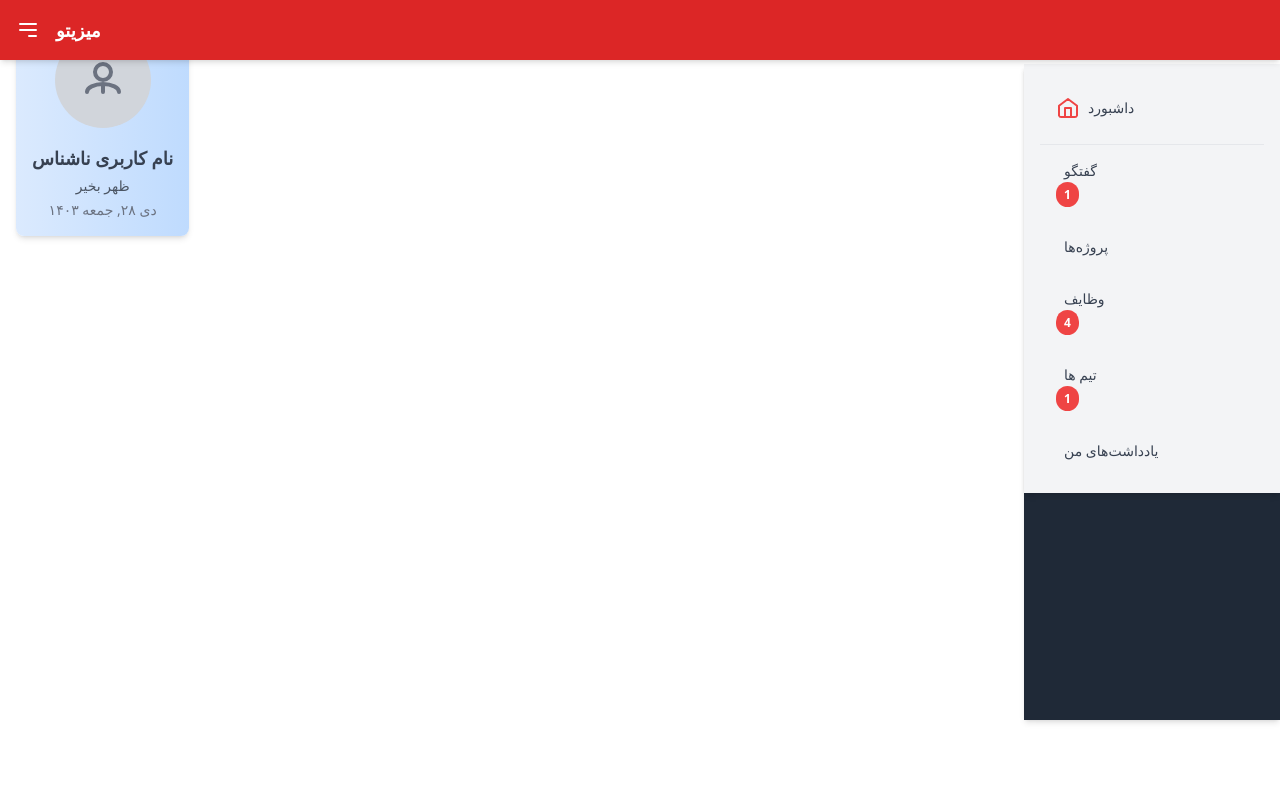
Repository: spnovaa/work-hive
Page: / (app in front_end/)
An editor plug-in stored every save of this project. The page is shown before and after the next save, followed by the edit.
The browser window is 1280 px wide. The pictures show the whole page.
The page's requests for data from a server got no answer. The project was rebuilt for these pictures with package versions that can differ from the ones it lists, and the page was loaded fresh each time. No one was signed in, and anything a server would have sent is missing. Also part of the build but not shown: front_end/src/api/auth.js, front_end/src/components/loadingSpinner.jsx, front_end/src/pages/login.jsx, front_end/src/pages/registration.jsx, front_end/src/common/axiosInstance.js, front_end/src/components/profile/profileSettingsModal.jsx, front_end/src/components/profile/dropdown.jsx, front_end/src/components/project/projectCardComponent.jsx and 10 more.

Above is the page before, as saved 2025-01-18 13:41:39.

### front_end/src/index.js
import React from 'react';
import ReactDOM from 'react-dom/client'; // Import from 'react-dom/client' for React 18+
import './styles/globals.css';
import App from './App';

// Create a root element for rendering the React application
const root = ReactDOM.createRoot(document.getElementById('root'));

// Use the new `render` method for React 18+
root.render(
  <React.StrictMode>
    <App />
  </React.StrictMode>
);

### front_end/src/App.jsx
import React, { useState } from 'react';
import { BrowserRouter as Router, Routes, Route } from 'react-router-dom';
import Login from './pages/login';
import Registration from './pages/registration';
import Home from './pages/home';
import ProjectsDashboard from './components/project/projectDashboard.jsx';
import ProjectDetails from './components/project/projectDetails.jsx';
import NewProject from './components/project/newProject.jsx';
import DashboardSidebar from './components/dashboardSidebar';
import TaskPage from './components/task/taskPage.jsx';
import TeamList from './components/team/teamList.jsx';
import TopBar from './components/topBar.jsx';

function App() {
  const [sidebarVisible, setSidebarVisible] = useState(true);

  const toggleSidebar = () => {
    setSidebarVisible((prev) => !prev);
  };

  return (
    <Router>
      <div className="flex flex-col h-screen">
        <div className="w-full bg-red-600 shadow-md fixed top-0 z-20">
          <TopBar toggleSidebar={toggleSidebar} />
        </div>

        <div className="flex flex-grow">
          {sidebarVisible && (
            <div className="w-64 bg-gray-800 fixed top-16 bottom-0 right-0 z-10 shadow-md">
              <DashboardSidebar />
            </div>
          )}
          <div
            className={`flex-grow ${
              sidebarVisible ? 'pr-64' : ''
            } pt-16 p-4 transition-all duration-300`}
          >
            <Routes>
              <Route path="/login" element={<Login />} />
              <Route path="/register" element={<Registration />} />
              <Route path="/" element={<Home />} />
              <Route path="/projects" element={<ProjectsDashboard />} />
              <Route path="/projects/new" element={<NewProject />} />
              <Route path="/projects/:projectId" element={<ProjectDetails />} />
              <Route path="/tasks" element={<TaskPage />} />
              <Route path="/teams" element={<TeamList />} />
            </Routes>
          </div>
        </div>
      </div>
    </Router>
  );
}

export default App;

### front_end/src/pages/home.jsx
import React, { useState } from 'react';
import ProfileSection from '../components/profile/profileSection';
import { useLocation } from 'react-router-dom';
import DashboardSidebar from '../components/dashboardSidebar';
import  ProfileSettingsModal  from '../components/profile/profileSettingsModal.jsx'
function Home() {
  const [isModalOpen, setIsModalOpen] = useState(false);

    const openModal = () => {
        setIsModalOpen(true);
    };

    const closeModal = () => {
        setIsModalOpen(false);
    };
  const location = useLocation();
  const name = location.state?.name || "نام کاربری ناشناس";
  const [background, setBackground] = useState('bg-white');
  const handleBackgroundChange = (bg) => {
    setBackground(bg);
  };
  const getCurrentDate = () => {
    const options = { weekday: 'long', year: 'numeric', month: 'long', day: 'numeric' };
    return new Date().toLocaleDateString('fa-IR', options);
  };
  return (
    <div className={`h-screen ${background} p-4`}>
      <div className="absolute top-4 left-4">
        <ProfileSection
          name={name}
          greeting="ظهر بخیر"
          date={getCurrentDate()}
          onBackgroundChange={handleBackgroundChange}
          onSettingsClick={openModal}
        />
      </div>
      <ProfileSettingsModal show={isModalOpen} onClose={closeModal} />
    </div>
  );
}

export default Home;

### front_end/src/components/dashboardSidebar.jsx
import React from 'react';
import { useNavigate } from 'react-router-dom';

function SidebarItem({ icon, label, notificationCount, onClick }) {
    return (
        <div
            className="className=flex items-center justify-start flex-row-reverse p-4 cursor-pointer hover:bg-gray-100"
            onClick={onClick}
        >
            <div className="flex items-center">
                <span className="text-lg text-gray-700 mr-2">{icon}</span>
                <span className="text-gray-700 text-sm font-medium">{label}</span>
            </div>
            {notificationCount > 0 && (
                <span className="bg-red-500 text-white text-xs font-bold rounded-full px-2 py-1">
                    {notificationCount}
                </span>
            )}
        </div>
    );
}

function DashboardSidebar() {
    const navigate = useNavigate();

    const handleNavigation = (path) => {
        navigate(path);
    };

    return (
        <div className="w-64 bg-gray-100 text-white shadow-md p-4">
            <SidebarItem
                icon={
                    <svg
                        xmlns="http://www.w3.org/2000/svg"
                        className="h-6 w-6 text-red-500"
                        fill="none"
                        viewBox="0 0 24 24"
                        stroke="currentColor"
                    >
                        <path
                            strokeLinecap="round"
                            strokeLinejoin="round"
                            strokeWidth="2"
                            d="M3 9.75L12 3l9 6.75v9.75A2.25 2.25 0 0118.75 21H5.25A2.25 2.25 0 013 19.5V9.75z"
                        />
                        <path
                            strokeLinecap="round"
                            strokeLinejoin="round"
                            strokeWidth="2"
                            d="M9 21V12h6v9"
                        />
                    </svg>
                }
                label="داشبورد"
                onClick={() => handleNavigation('/')}
            />
            <hr className="w-full border-gray-200 mt-2" />
            <SidebarItem
                icon={<i className="fas fa-comments" />}
                label="گفتگو"
                notificationCount={1}
                onClick={() => handleNavigation('/conversations')}
            />
            <SidebarItem
                icon={<i className="fas fa-folder-open" />}
                label="پروژه‌ها"
                notificationCount={0}
                onClick={() => handleNavigation('/projects')}
            />
            <SidebarItem
                icon={<i className="fas fa-tasks" />}
                label="وظایف"
                notificationCount={4}
                onClick={() => handleNavigation('/tasks')}
            />
            <SidebarItem
                icon={<i className="fas fa-envelope" />}
                label="تیم ها"
                notificationCount={1}
                onClick={() => handleNavigation('/teams')}
            />
            <SidebarItem
                icon={<i className="fas fa-sticky-note" />}
                label="یادداشت‌های من"
                notificationCount={0}
                onClick={() => handleNavigation('/notes')}
            />
        </div>
    );
}

export default DashboardSidebar;

### front_end/src/components/topBar.jsx
import React from 'react';

function TopBar({ toggleSidebar }) {
  return (
    <div className="flex items-center justify-between p-4">
      <div className="flex items-center">
        <button
          onClick={toggleSidebar}
          className="mr-4 cursor-pointer text-white"
        >
          <svg
            xmlns="http://www.w3.org/2000/svg"
            className="h-6 w-6"
            fill="none"
            viewBox="0 0 24 24"
            stroke="currentColor"
          >
            <path
              strokeLinecap="round"
              strokeLinejoin="round"
              strokeWidth="2"
              d="M4 6h16M4 12h16m-7 6h7"
            />
          </svg>
        </button>
        <div className="text-white text-lg font-bold">میزیتو</div>
      </div>
    </div>
  );
}

export default TopBar;

### front_end/src/components/profile/profileSection.jsx
import React, { useState, useEffect, useRef } from 'react';
import ProfileDropdown from './dropdown.jsx';

const ProfileSection = ({ name, greeting, date, onBackgroundChange ,onSettingsClick}) => {
  const [isDropdownOpen, setIsDropdownOpen] = useState(false);
  const dropdownRef = useRef(null);

  const toggleDropdown = () => {
    setIsDropdownOpen((prev) => !prev);
  };

  useEffect(() => {
    const handleClickOutside = (event) => {
      if (dropdownRef.current && !dropdownRef.current.contains(event.target)) {
        setIsDropdownOpen(false);
      }
    };

    document.addEventListener('mousedown', handleClickOutside);
    return () => {
      document.removeEventListener('mousedown', handleClickOutside);
    };
  }, []);

  return (
    <div className="relative">
  <div
    className={`relative z-0 p-4 bg-gradient-to-r from-blue-100 to-blue-200 rounded-lg shadow-md max-w-xs cursor-pointer ${
      isDropdownOpen ? 'hidden' : ''
    }`}
    onClick={toggleDropdown}
  >
    <div className="flex flex-col items-center">
      <div className="bg-gray-300 w-24 h-24 rounded-full flex items-center justify-center mb-4">
        <svg
          xmlns="http://www.w3.org/2000/svg"
          className="h-12 w-12 text-gray-500"
          fill="none"
          viewBox="0 0 24 24"
          stroke="currentColor"
        >
          <path
            strokeLinecap="round"
            strokeLinejoin="round"
            strokeWidth="2"
            d="M12 12c2.21 0 4-1.79 4-4s-1.79-4-4-4-4 1.79-4 4 1.79 4 4 4zM12 14c-4.418 0-8 1.79-8 4m8-4c4.418 0 8 1.79 8 4m-8-4v4"
          />
        </svg>
      </div>
      <h2 className="text-lg font-semibold text-gray-700">{name}</h2>
      <p className="text-sm text-gray-600 mt-1">{greeting}</p>
      <p className="text-sm text-gray-500 mt-1">{date}</p>
    </div>
  </div>

  {isDropdownOpen && (
    <div
      ref={dropdownRef}
      className="absolute top-0 left-0  bg-white rounded-lg shadow-lg p-4 w-full"
    >
      <ProfileDropdown onBackgroundChange={onBackgroundChange} onSettingsClick={onSettingsClick} />
    </div>
  )}
</div>

  );
};

export default ProfileSection;

Loaded but not shown: front_end/public/index.html (common file); front_end/src/styles/globals.css (common file); front_end/tailwind.config.js (common file)

After the next save:
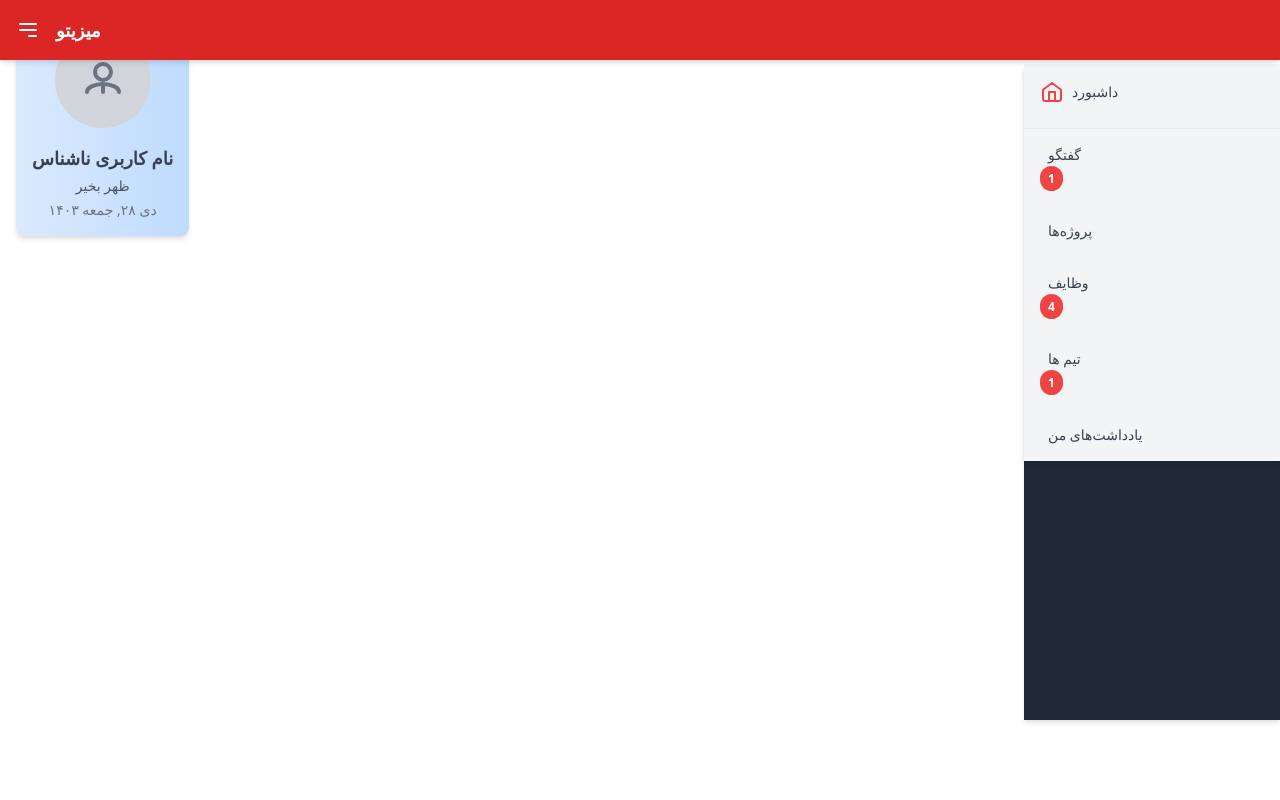
Saved 12 s later.
--- a/front_end/src/components/dashboardSidebar.jsx
+++ b/front_end/src/components/dashboardSidebar.jsx
@@ -28,7 +28,7 @@ function DashboardSidebar() {
     };
 
     return (
-        <div className="w-64 bg-gray-100 text-white shadow-md p-4">
+        <div className="w-64 bg-gray-100 text-white shadow-md p-0">
             <SidebarItem
                 icon={
                     <svg
